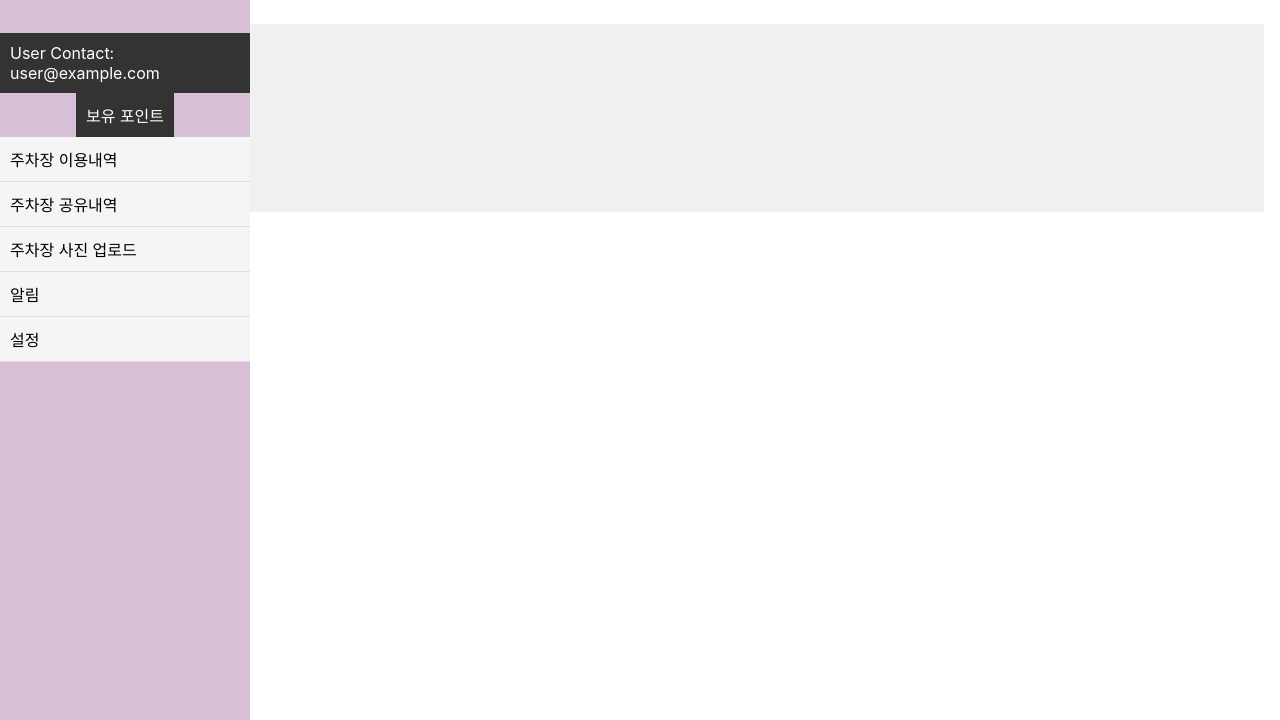
Repository: ohjjoa/reactTest
Page: /, after clicking the first element matching `img`
The author's editor kept a copy of each file at every save. The page is drawn from the files as they stood at one save, then again after the next save.
The browser window is 1280 px wide. The pictures show the whole page.
The project was rebuilt for these pictures with package versions that can differ from the ones it lists, and the page was loaded fresh each time.

Above is the page before, as saved 2024-08-02 05:09:26.

### src/App.tsx
import { BrowserRouter as Router, Route, Routes } from 'react-router-dom';
import Home from './pages/Home';

function App() {
  return (
    <Router>
      <Routes>
        <Route path="/" element={<Home />} />
        {/* 다른 Route 추가 가능 */}
      </Routes>
    </Router>
  );
}

export default App;

### src/pages/Home/index.tsx
import React, { useState, useRef, useEffect } from 'react';
import { FixedSizeList as List } from 'react-window';
import { TestContainer, Sidebar, SidebarOpen } from './styles';
import icBurger from '../../assets/ic_burger.svg';

// 리스트 항목의 데이터
// const items = new Array(5).fill(null).map((_, index) => `Item ${index + 1}`);
// 리스트 항목의 데이터
const items = [
  '주차장 이용내역',
  '주차장 공유내역',
  '주차장 사진 업로드',
  '알림',
  '설정'
];

const Home = () => {
  const [sideBarOpen, setSideBarOpen] = useState(false);
  const sidebarRef = useRef<HTMLDivElement>(null);
  const backgroundRef = useRef<HTMLDivElement>(null);

  const burgerClick = () => {
    setSideBarOpen(!sideBarOpen);
  };

  const handleClickOutside = (event: MouseEvent | TouchEvent) => {
    if (
      sidebarRef.current &&
      !sidebarRef.current.contains(event.target as Node) &&
      backgroundRef.current &&
      !backgroundRef.current.contains(event.target as Node)
    ) {
      setSideBarOpen(false);
    }
  };

  useEffect(() => {
    const handleContextMenu = (event: MouseEvent) => {
      event.preventDefault(); // 기본 우클릭 메뉴 막기
      event.stopPropagation(); // 이벤트 전파 막기
      return false;
    };

    window.addEventListener('contextmenu', handleContextMenu);
    // 데스크탑 환경
    document.addEventListener('mousedown', handleClickOutside);
    // 모바일 환경
    document.addEventListener('touchstart', handleClickOutside);

    return () => {
      window.removeEventListener('contextmenu', handleContextMenu);
      document.removeEventListener('mousedown', handleClickOutside);
      document.removeEventListener('touchstart', handleClickOutside);
    };
  }, []);

  // 사이드바 아이템 렌더링
  const Row = ({ index, style }: { index: number; style: React.CSSProperties }) => (
    <div
    style={{
      backgroundColor: '#f5f5f5', // 아이템의 배경 색상
      padding: '10px', // 아이템의 패딩
      borderBottom: '1px solid #ddd', // 아이템 하단의 경계선 (선택 사항)
      boxSizing: 'border-box', // 패딩과 경계선이 요소의 전체 크기에 포함되도록
      color: '#000000'
    }}
  >
    {items[index]}
    </div>
  );

  return (
    <div ref={backgroundRef}>
      <TestContainer>
        <img
          src={icBurger}
          alt="Burger Icon"
          style={{
            maxWidth: '100%',
            height: 'auto',
            cursor: 'pointer',
            marginTop: '50px',
          }}
          onClick={burgerClick} // 클릭 이벤트로 사이드바 열기/닫기 처리
        />
      </TestContainer>

      {sideBarOpen && (
        <SidebarOpen ref={sidebarRef}
        style={{ display: 'flex', flexDirection: 'column' }}>
          <div style={{ padding: '10px', backgroundColor: '#333', color: '#fff' }}>
            User Contact: user@example.com
          </div>
          <div style={{ padding: '10px', backgroundColor: '#333', color: '#fff' }}>
            보유 포인트
          </div>
          <List
            height={550} // 사이드바의 높이에서 연락처의 높이를 제외한 값
            itemCount={items.length} // 아이템 수
            itemSize={50} // 아이템의 높이
            width={250} // 사이드바의 너비
          >
            {Row}
          </List>
        </SidebarOpen>
      )}
      {!sideBarOpen && (
        <Sidebar ref={sidebarRef}>
          <div>Sidebar Content</div>
        </Sidebar>
      )}
    </div>
  );
};

export default Home;

### src/pages/Home/styles.tsx
import { styled } from '@stitches/react';

const TestContainer = styled('div', {
  paddingLeft: '16px',
  paddingRight: '16px',
  marginTop: '24px',
  paddingBottom: '110px',
  backgroundColor: '#f0f0f0',
  marginLeft: '16px',
  marginRight: '16px',
});

const Sidebar = styled('div', {
  position: 'fixed',
  top: 0,
  left: '-250px', // 사이드바가 화면 밖으로 숨겨져 있도록 설정
  width: '250px',
  height: '100%',
  backgroundColor: '#D8BFD8',
  color: 'white',
  transition: 'left 0.3s ease', // 애니메이션 효과
  display: 'flex',
  alignItems: 'center',
  justifyContent: 'center',
  zIndex: 1000, // 사이드바가 다른 요소 위에 오도록 설정
});

const SidebarOpen = styled(Sidebar, {
  left: 0, // 사이드바가 화면에 보이도록 설정
});


export { TestContainer, Sidebar, SidebarOpen };

Loaded but not shown: public/index.html (common file); src/index.tsx (common file); src/index.css (common file); src/reportWebVitals.ts (common file)

After the next save:
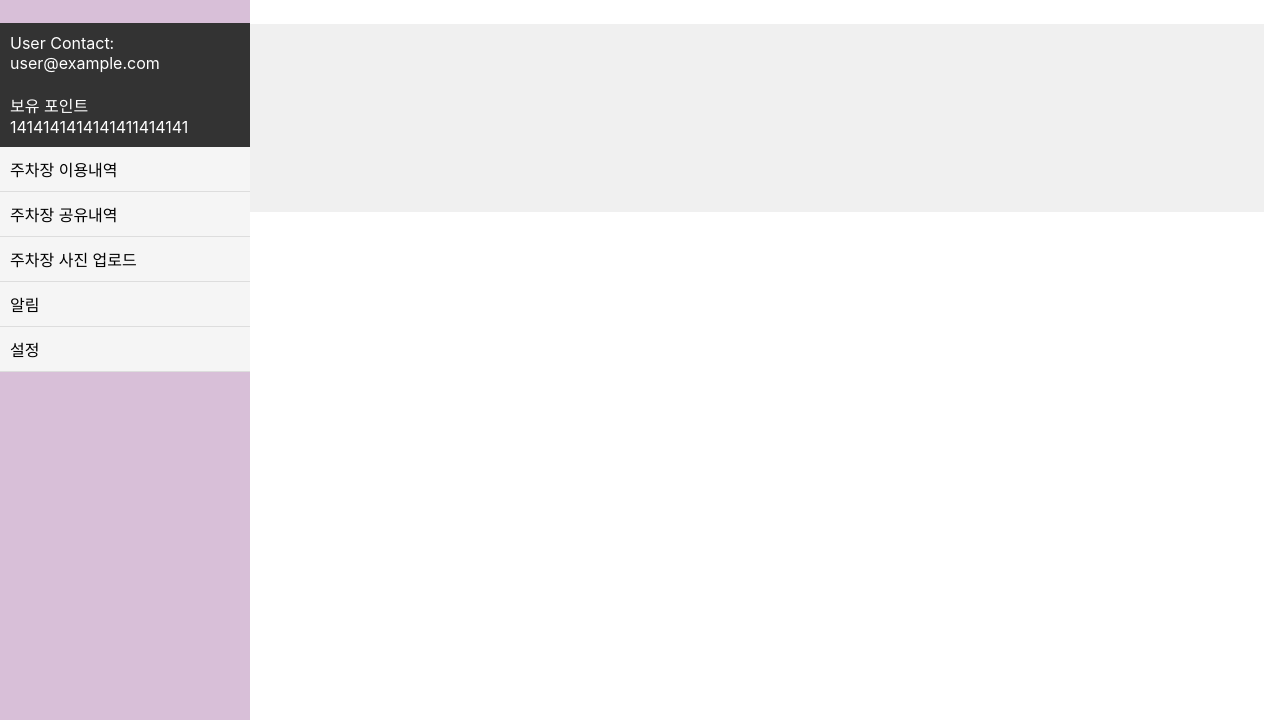
Saved 22 s later.
--- a/src/pages/Home/index.tsx
+++ b/src/pages/Home/index.tsx
@@ -92,7 +92,7 @@ const Home = () => {
             User Contact: user@example.com
           </div>
           <div style={{ padding: '10px', backgroundColor: '#333', color: '#fff' }}>
-            보유 포인트
+            보유 포인트 1414141414141411414141
           </div>
           <List
             height={550} // 사이드바의 높이에서 연락처의 높이를 제외한 값
